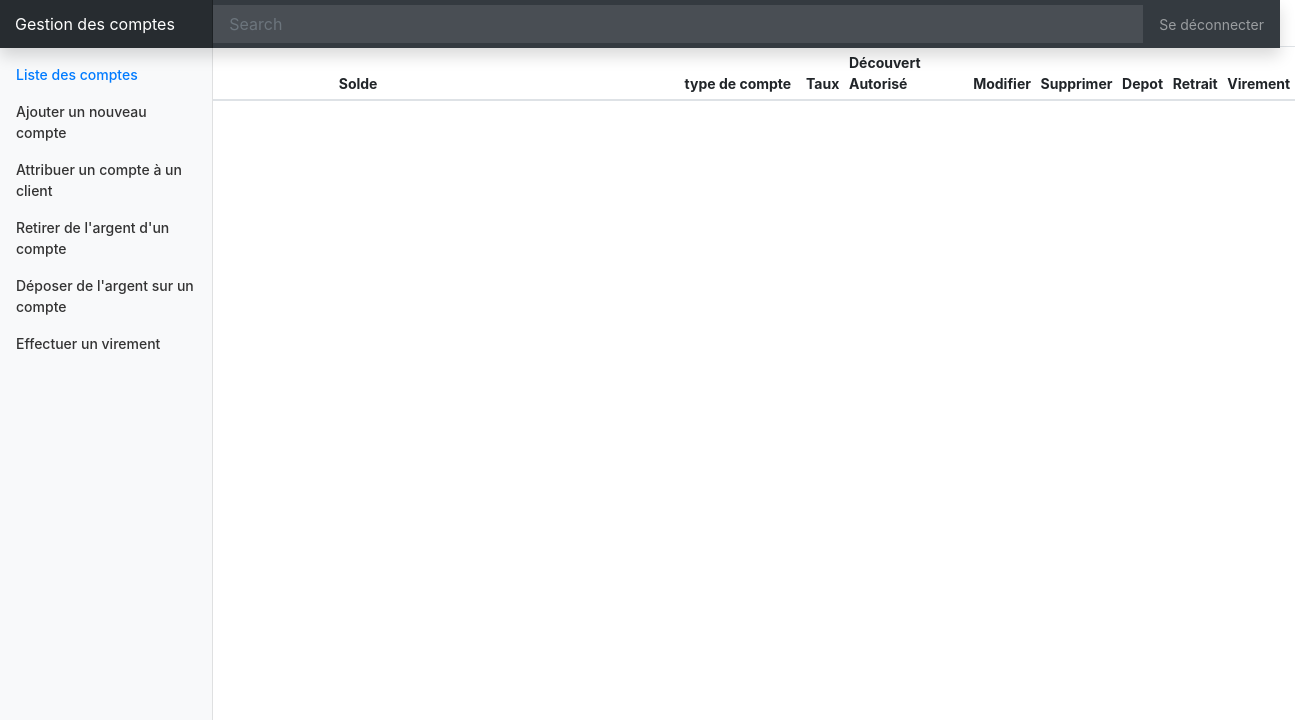
Repository: liiiseee/Projet
Page: http://localhost/02_projet_gestion_clients_compte/menu-comptes.jsp
The author's editor kept a copy of each file at every save. The page is drawn from the files as they stood at one save, then again after the next save.
The browser window is 1280 px wide. The page is 1295 px wide, so the pictures cover 1295 px, including what lies to the right of the window. The pictures show the whole page.
The page is served by Tomcat 9. The template is opened directly, without the code that normally fills it, so the values that code supplies are empty.

Above is the page before, as saved 2020-03-30 14:34:27.

After the next save:
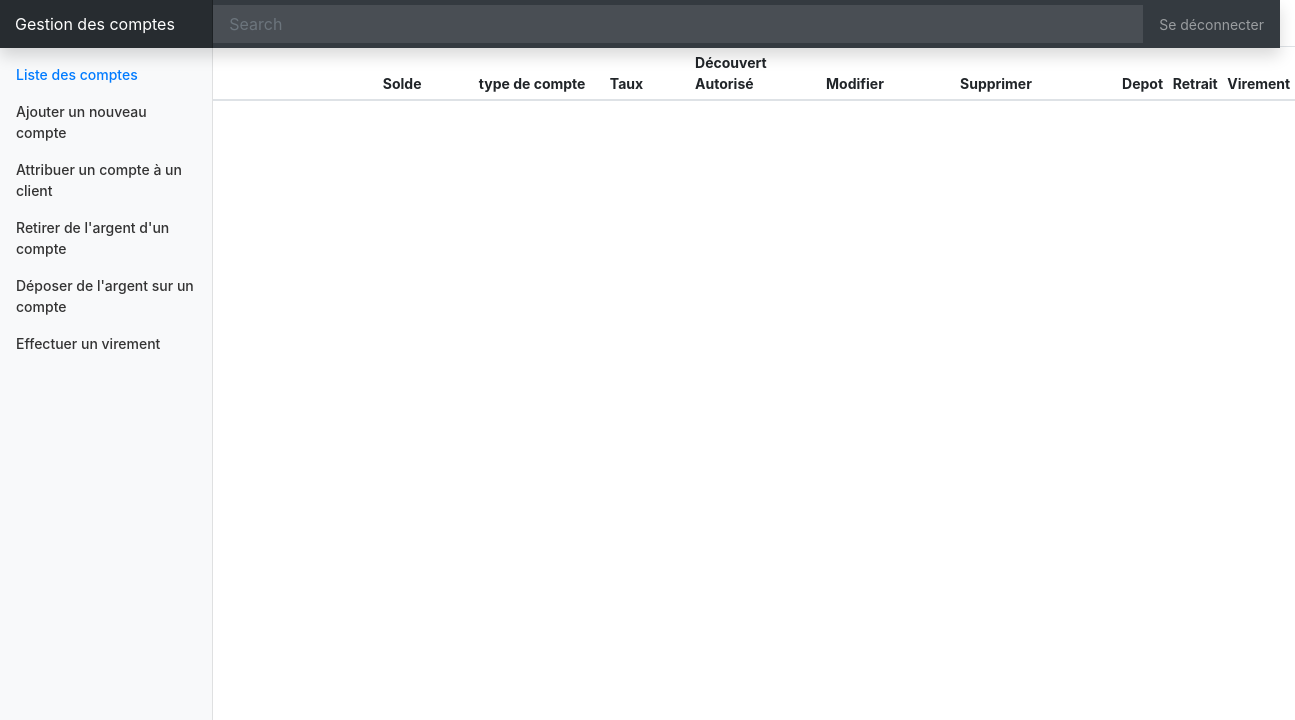
Saved 100 s later.
--- a/02_projet_gestion_clients_compte/WebContent/menu-comptes.jsp
+++ b/02_projet_gestion_clients_compte/WebContent/menu-comptes.jsp
@@ -109,7 +109,7 @@
             <tr>
               	<th style="width:10%;">ID</th>
               	<th style="width:20%;">Id du client</th>
-	 			<th style="width:30%;">Solde</th>
+	 			<th>Solde</th>
 	 			<th style="width:10%;">type de compte</th>
 	 			<th>Taux</th>
 	 			<th style="width:10%;">Découvert Autorisé</th>
